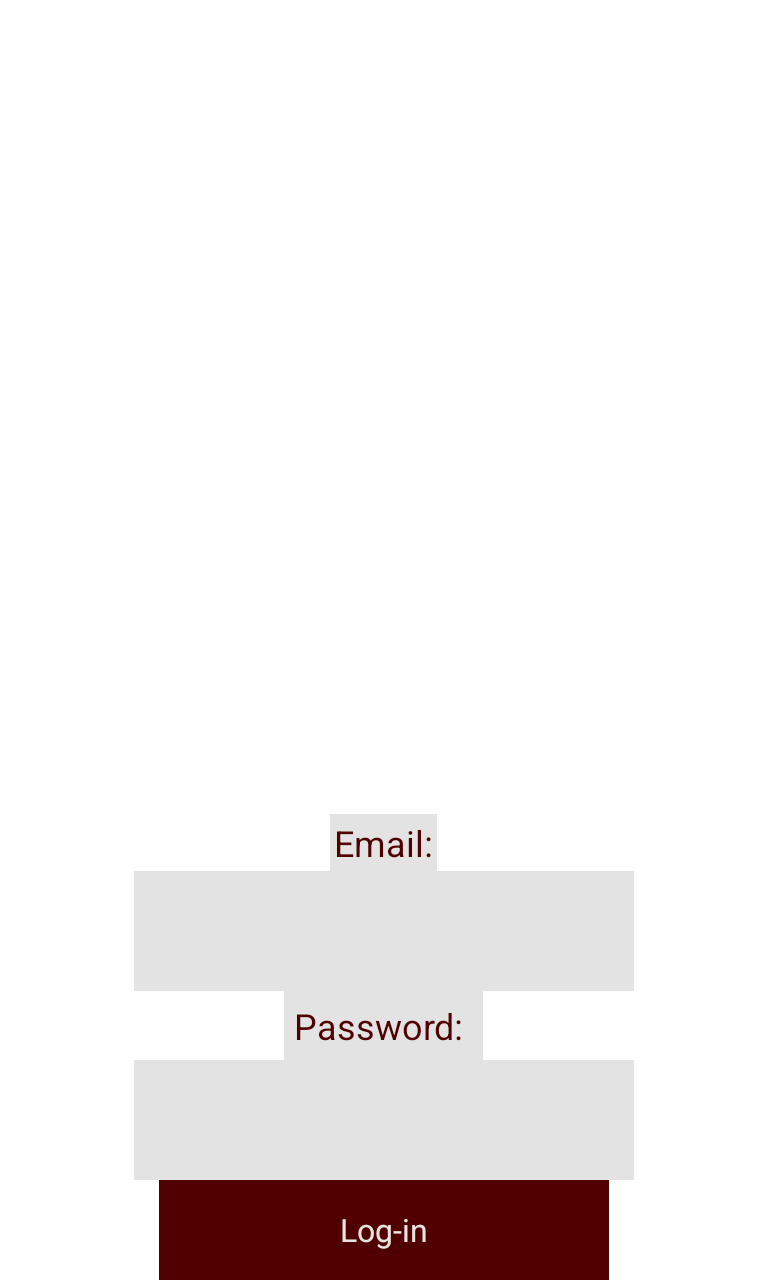
Repository: jannelg92/ANDROIDAPP
Layout: GEOINNOVATION/TAMUgis-dayEvents/res/layout/f_main_login.xml
The author's editor kept a copy of each file at every save. The layout is drawn from the files as they stood at one save, then again after the next save.
It is drawn on a 768 x 1280 px phone screen (xhdpi) without system bars, with theme AppTheme; the app's code is not run.

Above is the layout before, as saved 2014-04-24 01:33:42.

After the next save:
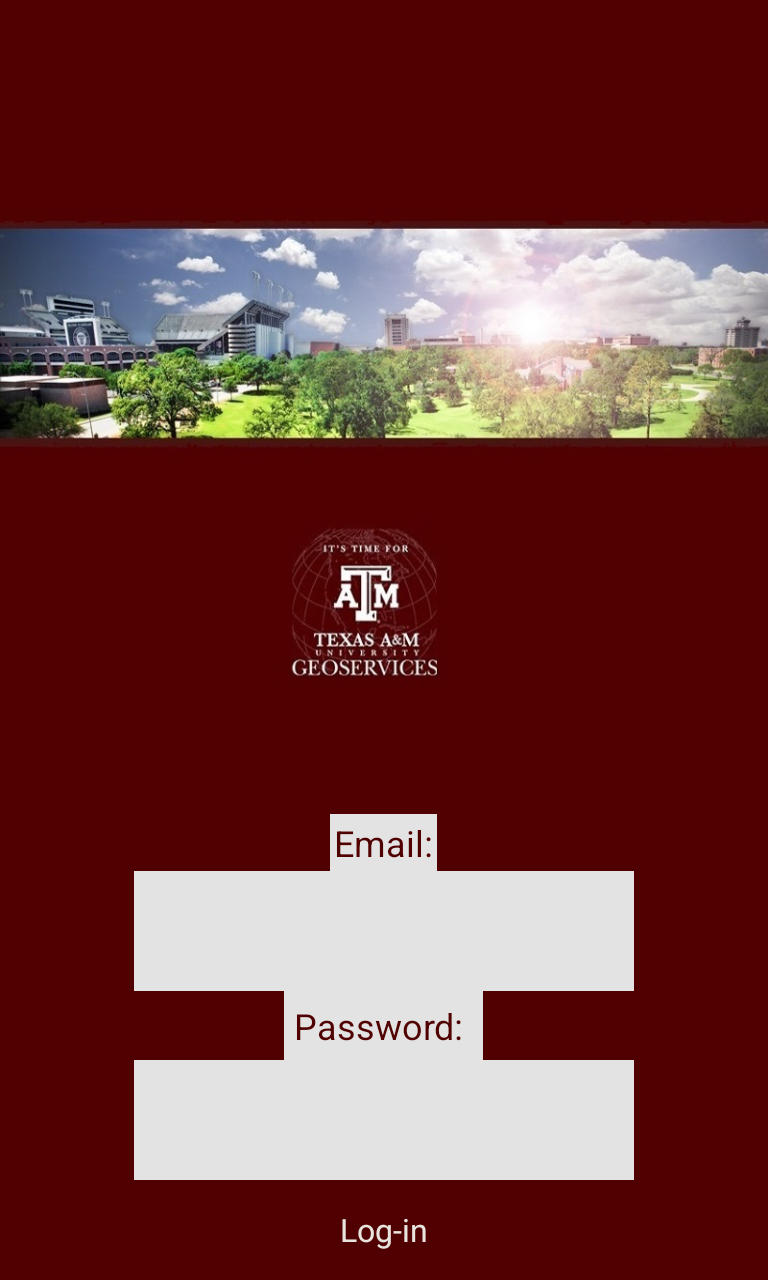
Saved 21 s later.
--- a/GEOINNOVATION/TAMUgis-dayEvents/res/layout/f_main_login.xml
+++ b/GEOINNOVATION/TAMUgis-dayEvents/res/layout/f_main_login.xml
@@ -2,7 +2,10 @@
 <LinearLayout
     xmlns:android="http://schemas.android.com/apk/res/android"
     android:layout_width="match_parent"
-    android:layout_height="match_parent"  >
+    android:layout_height="match_parent"
+        android:background="@drawable/aggieland_gis"
+    android:gravity="top"
+    android:orientation="horizontal"  >
 
     <LinearLayout
         android:layout_width="0dip"
